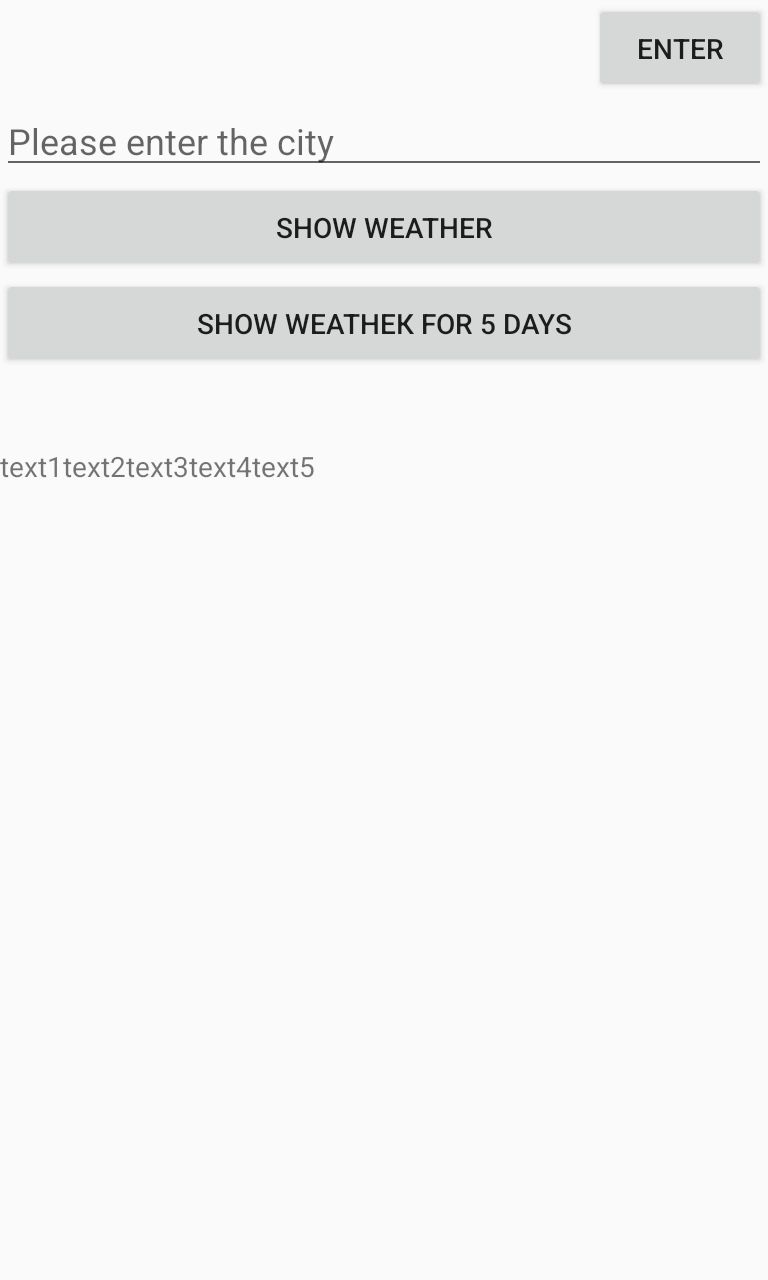
Repository: alexWr/weather-app
Layout: OpenWeatherT/res/layout/main.xml
An editor plug-in stored every save of this project. The layout is shown before and after the next save, followed by the edit.
It is drawn on a 768 x 1280 px phone screen (xhdpi) without system bars, with theme AppTheme; the app's code is not run.

Above is the layout before, as saved 2014-10-16 10:43:24.

### OpenWeatherT/res/layout/main.xml
<?xml version="1.0" encoding="utf-8"?>
<LinearLayout xmlns:android="http://schemas.android.com/apk/res/android"
    android:layout_width="fill_parent"
    android:layout_height="fill_parent"
    android:orientation="vertical"     >
    <Button
		android:layout_width="wrap_content"
		android:layout_height="wrap_content"
		android:layout_gravity="right"
		android:text="Enter"
		android:id="@+id/btnEnter"/>
    <EditText
		android:layout_width="match_parent"
	    android:layout_height="wrap_content"
	    android:layout_gravity="center"
	    android:hint="Please enter the city"
		android:id="@+id/etCity"
		/>
    <Button
		android:layout_width="match_parent"
		android:layout_height="wrap_content"
		android:layout_gravity="center"
		android:text="Show weather"
		android:id="@+id/btnSend"/>
    <Button
		android:layout_width="match_parent"
		android:layout_height="wrap_content"
		android:layout_gravity="center"
		android:text="Show weatheк for 5 days"
		android:id="@+id/btnSend2"/>
	<TextView
        android:layout_width="wrap_content"
        android:layout_height="wrap_content"
        android:layout_gravity="center"
        android:id="@+id/tvTemp"/>
	<TextView
        android:layout_width="wrap_content"
        android:layout_height="wrap_content"
        android:layout_gravity="center"
        android:id="@+id/tvWeather"/>
	<TableLayout
		android:layout_height="wrap_content"
		android:layout_width="match_parent"
		android:id="@+id/tableLayout1">
		<TableRow
		    android:id="@+id/tableRow2"
			android:layout_width="wrap_content"
			android:layout_height="wrap_content">
			<TextView
        		android:layout_width="wrap_content"
        		android:layout_height="wrap_content"
        		android:text="text1"
        		android:id="@+id/tvDay1"/>
			<TextView
        		android:layout_width="wrap_content"
        		android:layout_height="wrap_content"
        		android:text="text2"
        		android:id="@+id/tvDay2"/>
			<TextView
        		android:layout_width="wrap_content"
        		android:layout_height="wrap_content"
        		android:text="text3"
        		android:id="@+id/tvDay3"/>
			<TextView
        		android:layout_width="wrap_content"
        		android:layout_height="wrap_content"
        		android:text="text4"
        		android:id="@+id/tvDay4"/>
			<TextView
        		android:layout_width="wrap_content"
        		android:layout_height="wrap_content"
        		android:text="text5"
        		android:id="@+id/tvDay5"/>
		</TableRow>
	</TableLayout>
</LinearLayout>

Loaded but not shown: OpenWeatherT/res/values/styles.xml (common file); OpenWeatherT/res/values-v11/styles.xml (common file); OpenWeatherT/res/values-v14/styles.xml (common file)

After the next save:
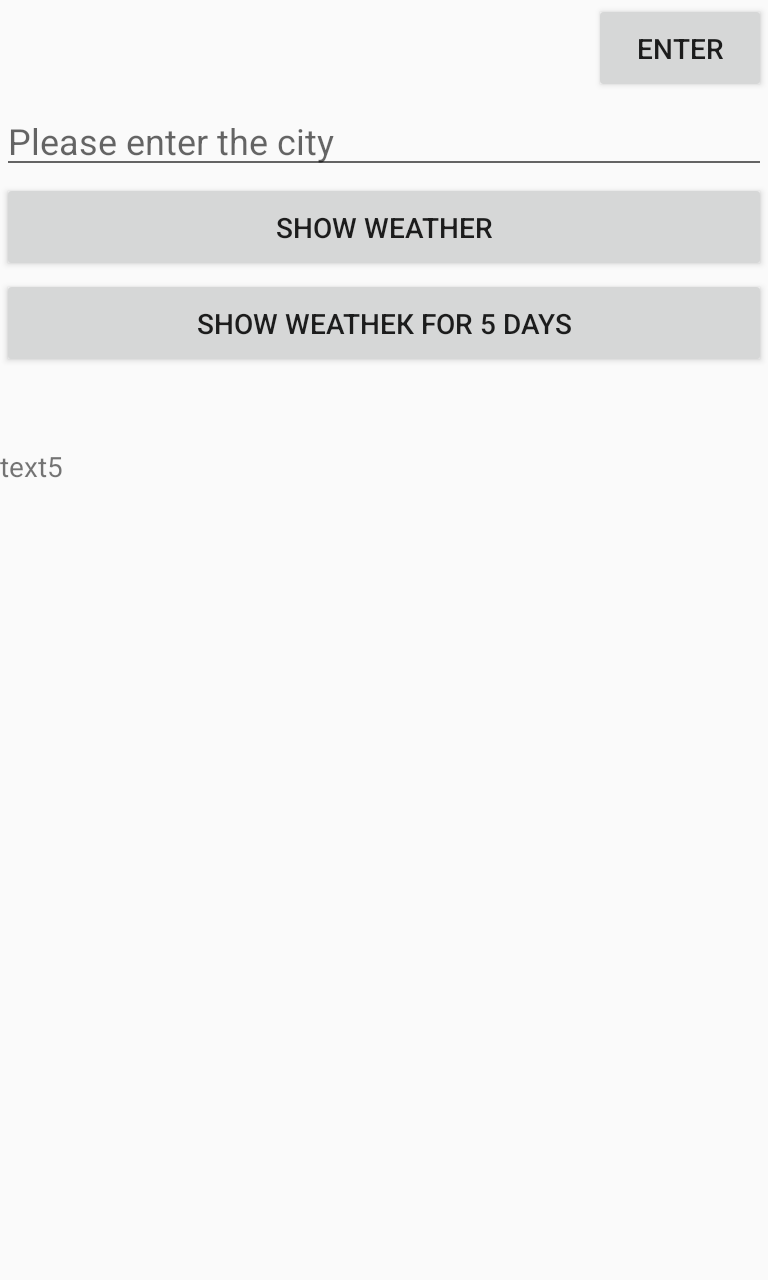
Saved 100 s later.
--- a/OpenWeatherT/res/layout/main.xml
+++ b/OpenWeatherT/res/layout/main.xml
@@ -49,22 +49,18 @@
 			<TextView
         		android:layout_width="wrap_content"
         		android:layout_height="wrap_content"
-        		android:text="text1"
         		android:id="@+id/tvDay1"/>
 			<TextView
         		android:layout_width="wrap_content"
         		android:layout_height="wrap_content"
-        		android:text="text2"
         		android:id="@+id/tvDay2"/>
 			<TextView
         		android:layout_width="wrap_content"
         		android:layout_height="wrap_content"
-        		android:text="text3"
         		android:id="@+id/tvDay3"/>
 			<TextView
         		android:layout_width="wrap_content"
         		android:layout_height="wrap_content"
-        		android:text="text4"
         		android:id="@+id/tvDay4"/>
 			<TextView
         		android:layout_width="wrap_content"
